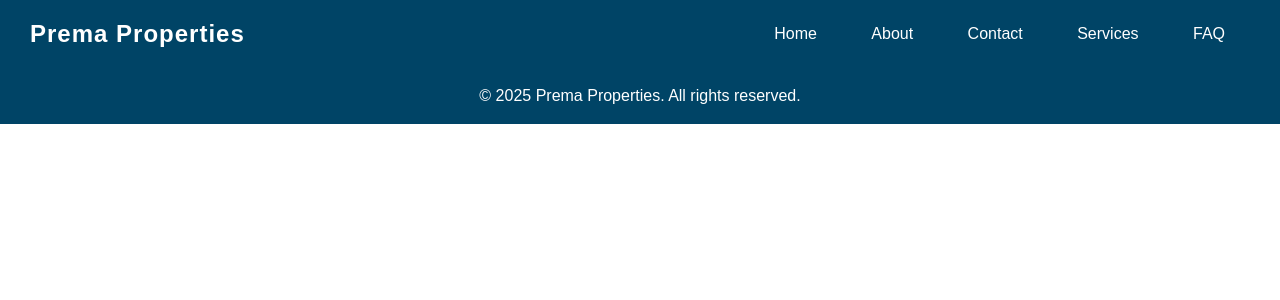
Repository: mnqobiMenzi/Prema-Properties
Page: appointment.html
An editor plug-in stored every save of this project. The page is shown before and after a run of saves, followed by the edit.
The browser window is 1280 px wide. The pictures show the whole page.

Above is the page before, as saved 2025-10-04 09:03:43.

After the next 3 saves:
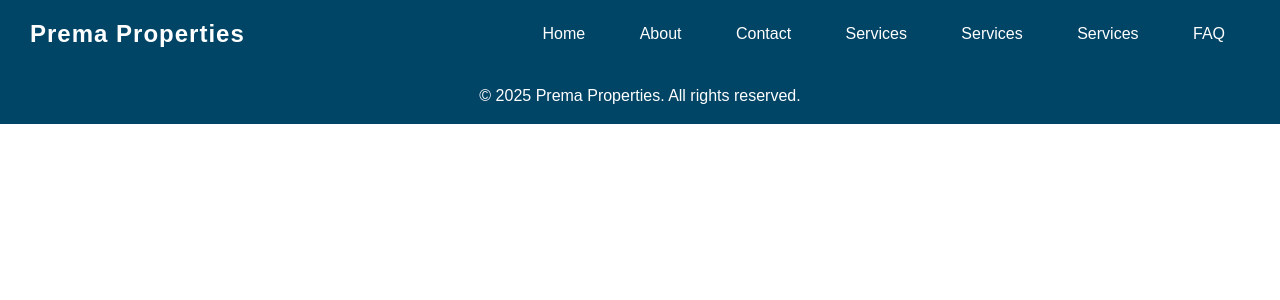
The 3 saves are shown as one change because they came seconds apart.
The last was saved 117 s later.
--- a/appointment.html
+++ b/appointment.html
@@ -16,6 +16,8 @@
       <a href="about-us.html">About</a>
       <a href="contact-us.html">Contact</a>
       <a href="services.html">Services</a>
+      <a href="services.html">Services</a>
+      <a href="services.html">Services</a>
       <a href="FAQ.html">FAQ</a>
     </nav>
   </header>
